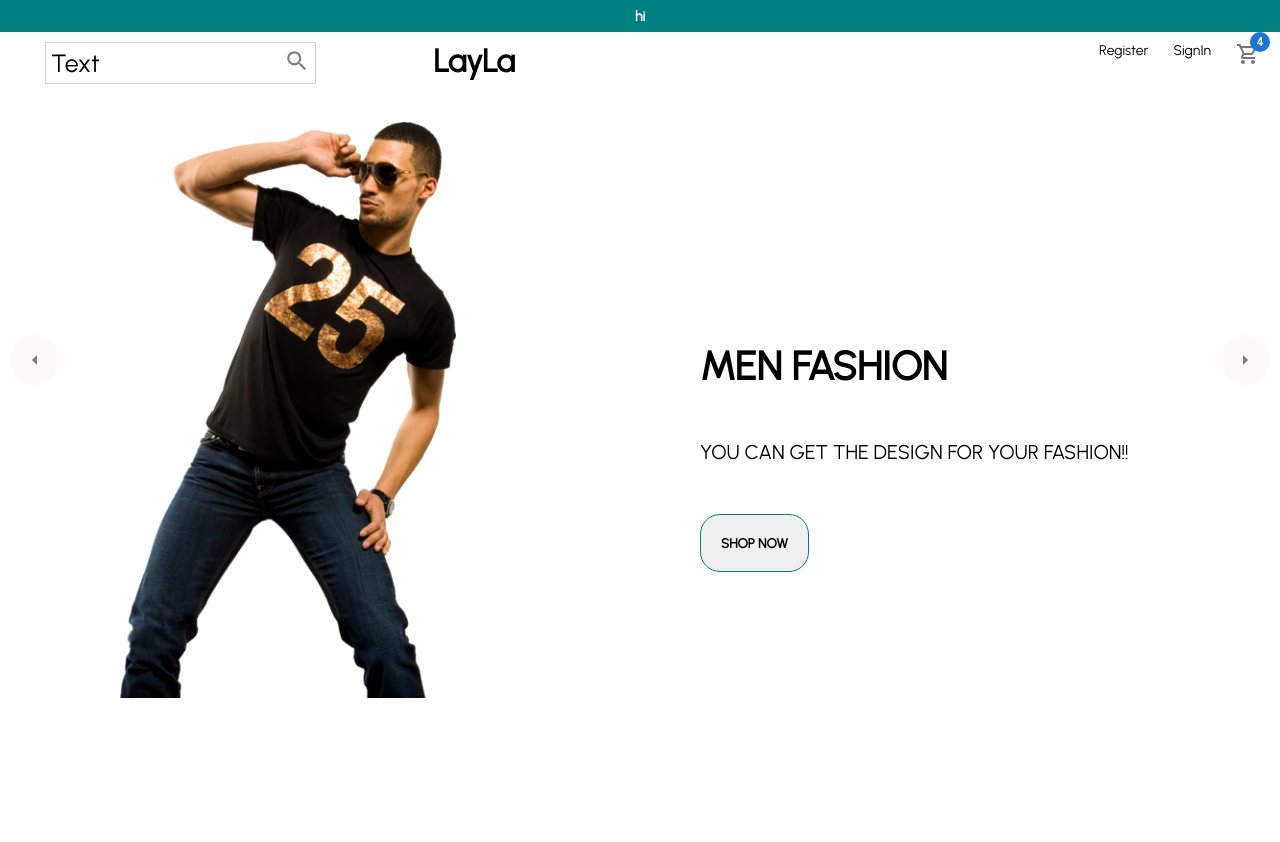
Repository: WaiMaungMaung/React_Ecom
Page: /
An editor plug-in stored every save of this project. The page is shown before and after the next save, followed by the edit.
The browser window is 1280 px wide. The pictures show the whole page.
The project was rebuilt for these pictures with package versions that can differ from the ones it lists, and the page was loaded fresh each time.

Above is the page before, as saved 2022-05-06 13:48:49.

After the next save:
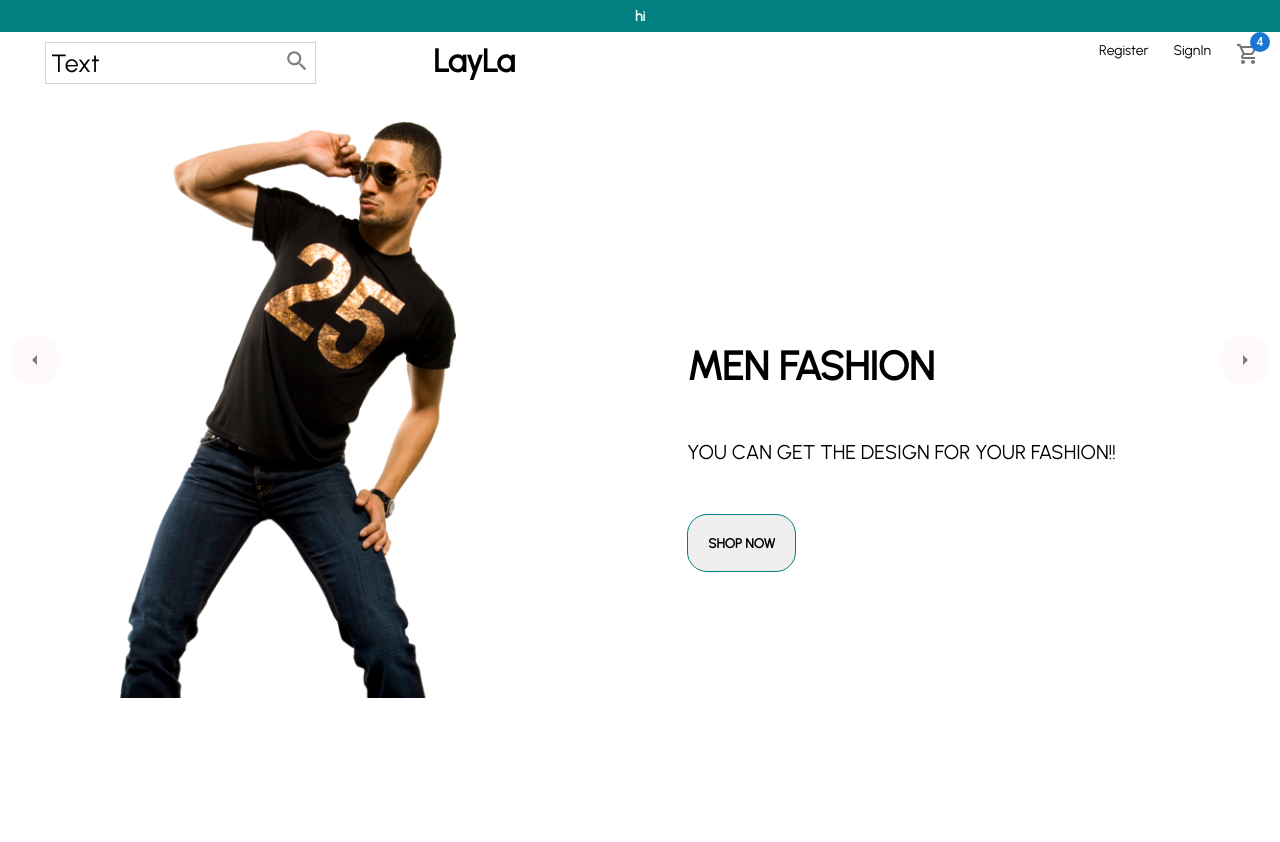
Saved 4 min 22 s later.
--- a/src/components/Slider.jsx
+++ b/src/components/Slider.jsx
@@ -27,7 +27,7 @@ const Arrow = styled.div`
 const Slide = styled.div`
   display: flex;
   height: 100vh;
-  width: 100vw;
+  width: 98vw;
   align-item: center;
 `;
 
